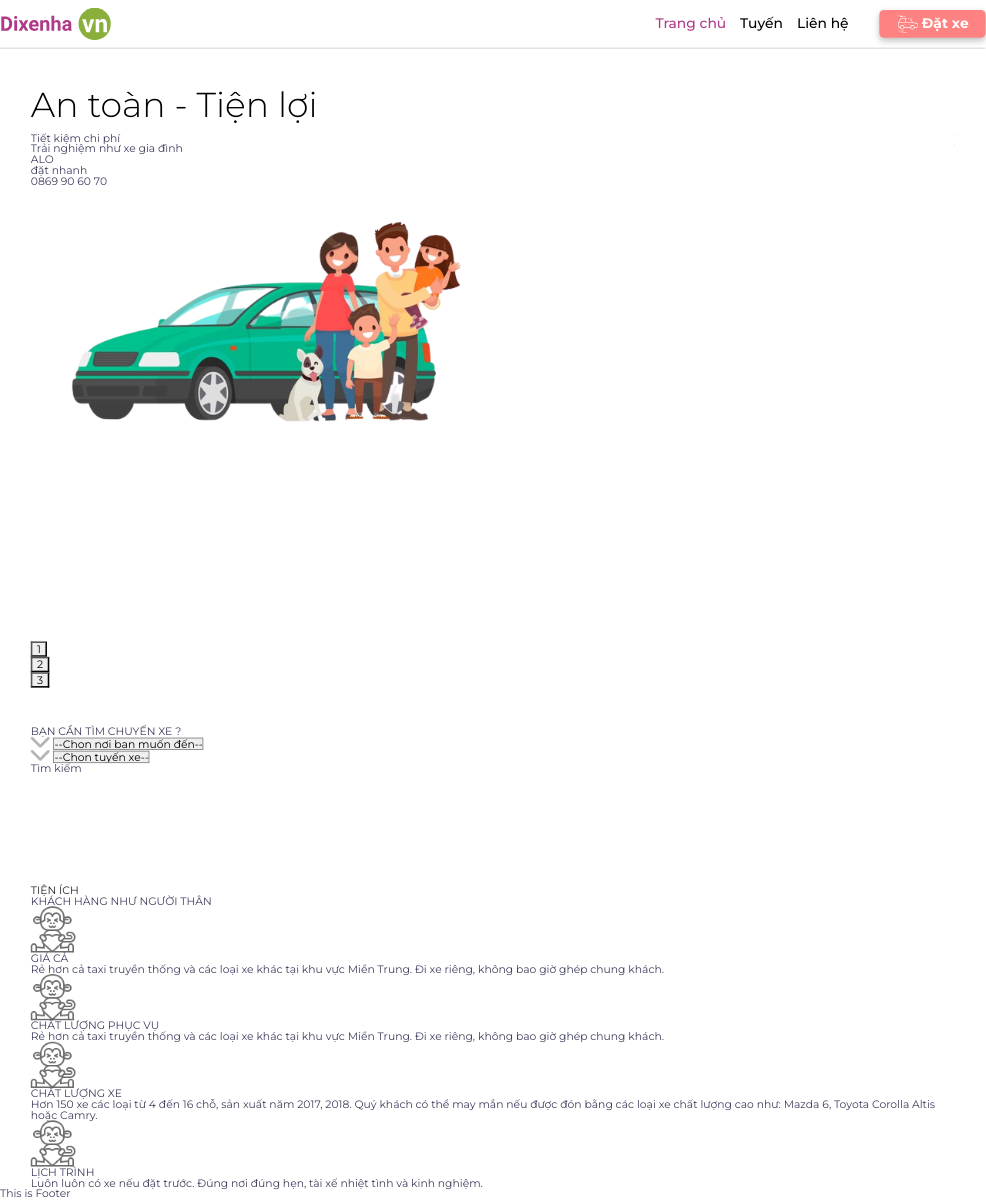
Repository: thanhthien0706/last_project--fe004
Page: lastProductF004/dist/index.html
An editor plug-in stored every save of this project. The page is shown before and after the next save, followed by the edit.
The browser window is 1280 px wide. The pictures show the whole page, at 77% of full size.
Some web libraries are served in a nearby version. The style sheet was rebuilt from its Sass, Less or Tailwind sources for each picture, by a compiler version that may differ from the author's.

Above is the page before, as saved 2021-09-16 19:26:26.

After the next save:
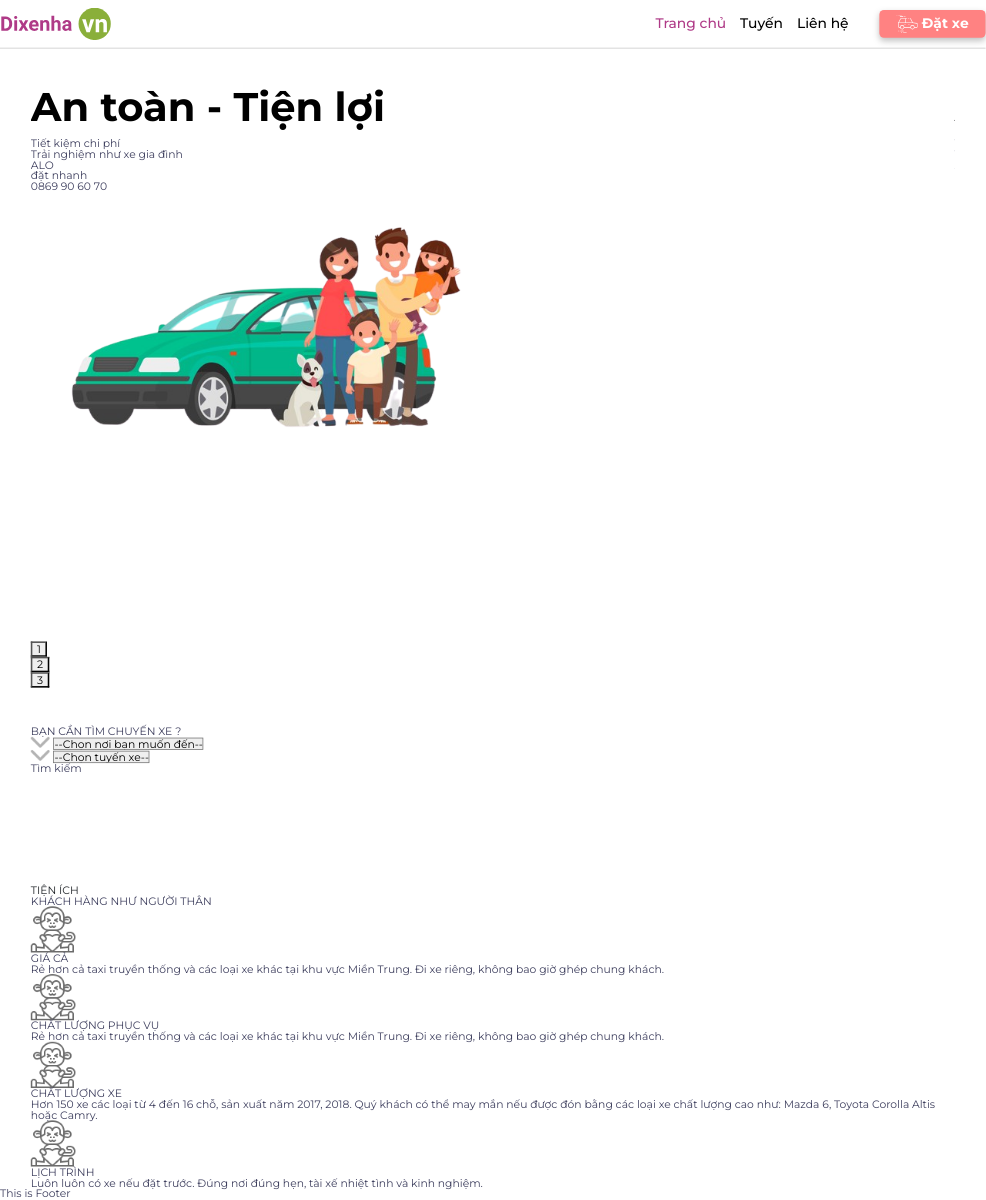
Saved 26 s later.
--- a/lastProductF004/src/styles/pages/_homepage.scss
+++ b/lastProductF004/src/styles/pages/_homepage.scss
@@ -21,6 +21,12 @@ html {
                     color: #000;
                     margin-bottom: 14px;
                 }
+                .slogan_1{
+                    @include font_size(52);
+                    font-weight: bold;
+                    color: #000;
+                    margin-bottom: 14px;
+                }
             }
         }
     }
